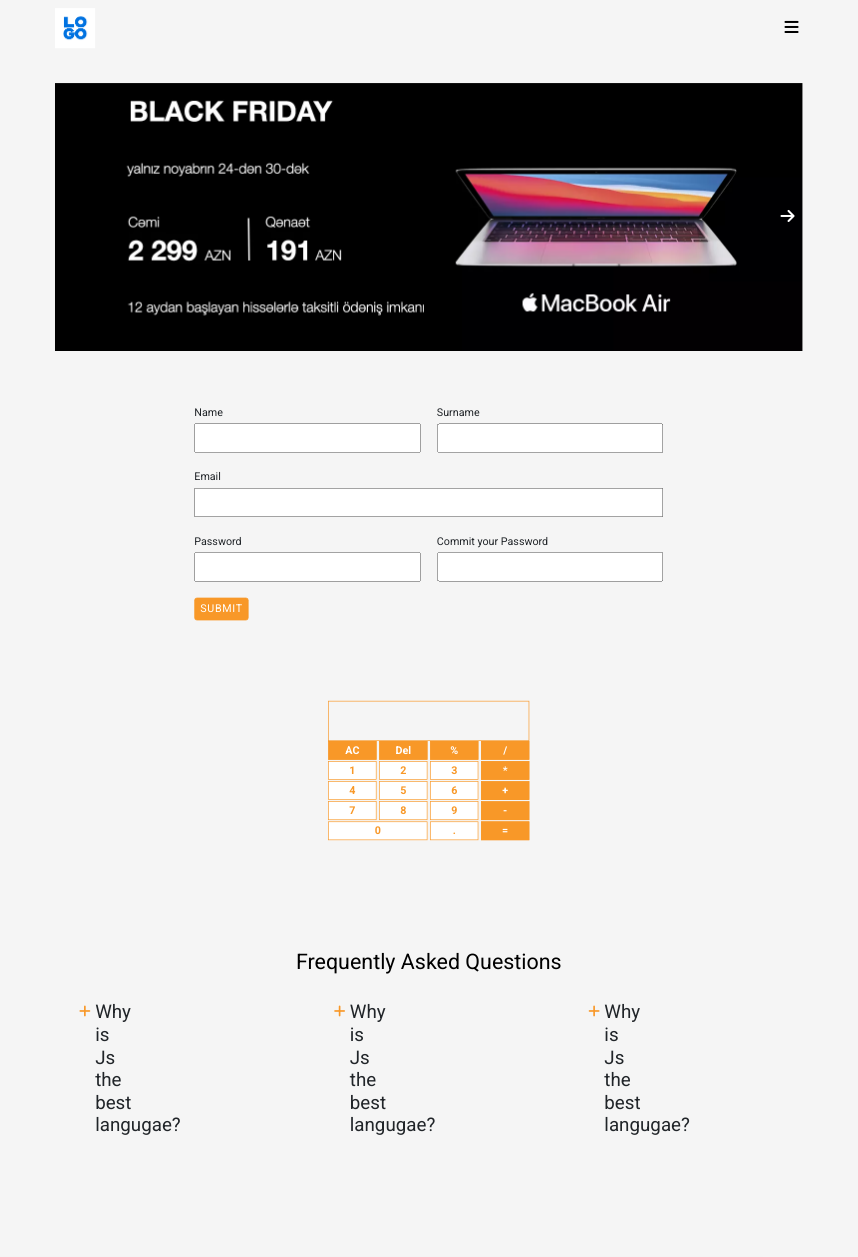
Repository: RamalYusifov7/Custom-components--Core-JavaScript
Page: index.html
The author's editor kept a copy of each file at every save. The page is drawn from the files as they stood at one save, then again after the next save.
The browser window is 1280 px wide. The pictures show the whole page, at 67% of full size.

Above is the page before, as saved 2023-01-09 12:10:28.

### index.html
<!DOCTYPE html>
<html lang="en">

<head>
  <meta charset="UTF-8" />
  <meta http-equiv="X-UA-Compatible" content="IE=edge" />
  <meta name="viewport" content="width=device-width, initial-scale=1.0" />
  <title>Document</title>
  <link rel="stylesheet" href="https://cdnjs.cloudflare.com/ajax/libs/font-awesome/6.2.1/css/all.min.css"
    integrity="sha512-MV7K8+y+gLIBoVD59lQIYicR65iaqukzvf/nwasF0nqhPay5w/9lJmVM2hMDcnK1OnMGCdVK+iQrJ7lzPJQd1w=="
    crossorigin="anonymous" referrerpolicy="no-referrer" />
  <link href="https://cdn.jsdelivr.net/npm/bootstrap@5.2.2/dist/css/bootstrap.min.css" rel="stylesheet"
    integrity="sha384-Zenh87qX5JnK2Jl0vWa8Ck2rdkQ2Bzep5IDxbcnCeuOxjzrPF/et3URy9Bv1WTRi" crossorigin="anonymous">
</head>
<link rel="stylesheet" href="css/style.css" />
<link rel="stylesheet" href="css/responsive.css" />
</head>

<body>
  <!-- preloader -->
  <div class="preloader">
    <img src="img/Bounce-Bar-Preloader-1.gif" alt="" width="100%">
  </div>
  <!-- Custom Mneu -->
  <header class="main-header">
    <div class="container">
      <div class="logo">
        <a href="#">
          <img src="img/logo-social.png" alt="" />
        </a>
      </div>
      <nav class="navbar">
        <button type="button" class="button-unstyled" id="menu-btn">
          <span class="menu-icon">
            <i class="fa-solid fa-bars"></i>
          </span>
        </button>
        <div class="sidebar-wrapper">
          <div class="sidebar">
            <div class="sidebar-header">
              <h3 class="sidebar-title">Menu</h3>
              <button type="button" class="close-btn button-unstyled" id="sidebar-close-btn">
                <span class="close-icon">
                  <i class="fa-solid fa-xmark"></i>
                </span>
              </button>
            </div>
            <ul class="sidebar-list">
              <li><a href="#">Home</a></li>
              <li><a href="#">Services</a></li>
              <li><a href="#">Blog</a></li>
              <li><a href="#">Conact</a></li>
            </ul>
          </div>
        </div>
      </nav>
    </div>
  </header>
  <!-- Custom Slider -->
  <section class="page-banner">
    <div class="container">
      <div class="banner-container position-relative">
        <div class="banner-img">
          <a href=""><img src="img/adver-1.png" alt=""></a>
        </div>
        <div class="banner-img">
          <a href=""><img src="img/adver-2.png" alt=""></a>
        </div>
        <div class="banner-img">
          <a href=""><img src="img/adver-2.png" alt=""></a>
        </div>
        <div class="banner-img">
          <a href=""><img src="img/adver-3.png" alt=""></a>
        </div>
        <div class="banner-slider-btns ">
          <button type="button" class="button-unstyled prev-btn" id="banner-prev-btn">
            <span class="prev-icon">
              <i class="fa-solid fa-arrow-left"></i>
            </span>
          </button>
          <button type="button" class="button-unstyled next-btn" id="banner-next-btn">
            <span class="next-icon">
              <i class="fa-solid fa-arrow-right"></i>
            </span>
          </button>
        </div>
      </div>
    </div>
  </section>
  <!-- Custom validation -->
  <section class="validation-section">
    <div class="validation-container">
      <form action="" name="contactForm">
        <div class="row">
          <div class="col-6">
            <div class="contact-form-item">
              <label for="name">Name</label>
              <input type="text" name="name" id="name" class="simple-input">
              <div class="error-message">
                Error, fill the input
              </div>
              <div class="success-message">
                Correct !
              </div>
            </div>
          </div>
          <div class="col-6">
            <div class="contact-form-item">
              <label for="surname">Surname</label>
              <input type="text" name="surname" id="surname" class="simple-input">
              <div class="error-message">
                Error, fill the input
              </div>
              <div class="success-message">
                Correct !
              </div>
            </div>
          </div>
          <div class="col-12">
            <div class="contact-form-item">
              <label for="email">Email</label>
              <input type="text" name="email" id="email">
              <div class="error-message">
                Enter a valid email
              </div>
              <div class="success-message">
                Correct !
              </div>
            </div>
          </div>
          <div class="col-6">
            <div class="contact-form-item">
              <label for="password">Password</label>
              <input type="password" name="password" id="password">
              <div class="password-error-message">
                Password must contain at least 8 characters
              </div>
              <div class="success-message">
                Correct !
              </div>
            </div>
          </div>
          <div class="col-6">
            <div class="contact-form-item">
              <label for="commit-password">Commit your Password</label>
              <input type="password" name="commitPassword" id="commit-password">
              <div class="commit-password-error-message">
                Password doesn"t match
              </div>
              <div class="success-message">
                Correct !
              </div>
            </div>
          </div>
        </div>
        <button type="submit" class="submit-btn">Submit</button>
      </form>
    </div>
  </section>
  <!-- Calculator -->
  <section class="calculator-section">
    <div class="container">
      <div class="calculator-container">
        <div class="calculation-result">

        </div>
        <div class="calculation-btns">
          <div class="row">
            <div class="col-3">
              <button type="button" class="operation-btn" id="calc-delete-all-btn"">AC</button>
            </div>
            <div class=" col-3">
                <button type="button " class="operation-btn" id="calc-delete-btn">Del</button>
            </div>
            <div class="col-3">
              <button type="button" id="findPercentage">%</button>
            </div>
            <div class="col-3">
              <button type="button">/</button>
            </div>
            <div class="col-3">
              <button type="button" class="number-btn">1</button>
            </div>
            <div class="col-3">
              <button type="button" class="number-btn">2 </button>
            </div>
            <div class="col-3">
              <button type="button" class="number-btn">3</button>
            </div>
            <div class="col-3">
              <button type="button" >*</button>
            </div>
            <div class="col-3">
              <button type="button"  class="number-btn">4</button>
            </div>
            <div class="col-3">
              <button type="button" class="number-btn">5</button>
            </div>
            <div class="col-3">
              <button type="button" class="number-btn">6</button>
            </div>
            <div class="col-3">
              <button type="button ">+</button>
            </div>
            <div class="col-3">
              <button type="button" class="number-btn">7</button>
            </div>
            <div class="col-3">
              <button type="button" class="number-btn">8</button>
            </div>
            <div class="col-3">
              <button type="button" class="number-btn">9</button>
            </div>
            <div class="col-3">
              <button type="button">-</button>
            </div>
            <div class="col-6">
              <button type="button" class="number-btn">0</button>
            </div>
            <div class="col-3">
              <button type="button" class="number-btn">.</button>
            </div>
            <div class="col-3">
              <button type="button" id="equal-btn" class="equality-btn">=</button>
            </div>
          </div>
        </div>
      </div>
    </div>
  </section>
  <!-- Accordion -->
  <section class="faq-section">
    <h2 class="section-title">
      Frequently Asked Questions
    </h2>
    <div class="container">
      <div class="row">
        <div class="col-12 col-sm-6 col-lg-4">
          <div class="single-accordion">
            <div class="accordion">
              <div class="accordion-left">
                <button class="accordion-btn" >
                   <span class="plus-icon"><i class="fa-solid fa-plus"></i></span>
                   <span class="minus-icon"><i class="fa-solid fa-minus"></i></span>
                </button>
              </div>
              <div class="accordion-right">
                <h3 class="accordion-header">Why is Js the best langugae?</h3>
                <div class="accordion-content">
                  Lorem ipsum dolor sit amet consectetur adipisicing elit. Nulla, ad
                  nesciunt? Cumque odio quas eos quibusdam, ipsam at temporibus
                  molestiae deleniti id esse. Illo doloribus quis accusantium sit
                  recusandae animi.
                </div>
              </div>
            </div>
          </div>
        </div>
        <div class="col-12 col-sm-6 col-lg-4">
          <div class="single-accordion">
            <div class="accordion">
              <div class="accordion-left">
                <button class="accordion-btn" >
                   <span class="plus-icon"><i class="fa-solid fa-plus"></i></span>
                   <span class="minus-icon"><i class="fa-solid fa-minus"></i></span>
                </button>
              </div>
              <div class="accordion-right">
                <h3 class="accordion-header">Why is Js the best langugae?</h3>
                <div class="accordion-content">
                  Lorem ipsum dolor sit amet consectetur adipisicing elit. Nulla, ad
                  nesciunt? Cumque odio quas eos quibusdam, ipsam at temporibus
                  molestiae deleniti id esse. Illo doloribus quis accusantium sit
                  recusandae animi.
                </div>
              </div>
            </div>
          </div>
        </div>
        <div class="col-12 col-sm-6 col-lg-4">
          <div class="single-accordion">
            <div class="accordion">
              <div class="accordion-left">
                <button class="accordion-btn" >
                   <span class="plus-icon"><i class="fa-solid fa-plus"></i></span>
                   <span class="minus-icon"><i class="fa-solid fa-minus"></i></span>
                </button>
              </div>
              <div class="accordion-right">
                <h3 class="accordion-header">Why is Js the best langugae?</h3>
                <div class="accordion-content">
                  Lorem ipsum dolor sit amet consectetur adipisicing elit. Nulla, ad
                  nesciunt? Cumque odio quas eos quibusdam, ipsam at temporibus
                  molestiae deleniti id esse. Illo doloribus quis accusantium sit
                  recusandae animi.
                </div>
              </div>
            </div>
          </div>
        </div>
      </div>
    </div>
  </section>
  <script src="js/script.js"></script>
</body>

</html>

### css/style.css
@import url("https://fonts.googleapis.com/css2?family=Roboto:wght@400;700&display=swap");
* {
  font-family: "Roboto", sans-serif;
  box-sizing: border-box;
}
:root {
  --primary: #f89828;
  --transition: 0.4s ease all;
}
body {
  margin: 0;
  background-color: #f5f5f5;
}
/* Preloader                 */
.preloader {
  position: fixed;
  top: 0;
  bottom: 0;
  left: 0;
  right: 0;
  display: flex;
  align-items: center;
  justify-content: center;
  visibility: visible;
  z-index: 9999999;
}
.preloader.hide {
  visibility: hidden;
  z-index: -999999;
}
/*         MENU                   */
.logo {
  width: 60px;
  height: 60px;
}
.logo img {
  width: 100%;
  height: 100%;
  object-fit: cover;
}
.main-header {
  padding: 12px 0;
}
.main-header > .container {
  display: flex;
  align-items: center;
  justify-content: space-between;
}
.sidebar {
  position: fixed;
  left: 0;
  top: 0;
  bottom: 0;
  width: 300px;
  height: 100%;
  background-color: #1e212c;
  padding: 23px 16px;
  transform: translateX(-100%);
  z-index: 9999;
  transition: var(--transition);
}
.sidebar.show {
  transform: translateX(0);
}
.sidebar-list {
  margin: 0;
  padding: 0;
  list-style-type: none;
}
.sidebar-list li a {
  color: white;
  text-decoration: none;
  font-size: 20px;
  transition: var(--transition);
}
.sidebar-list li {
  margin-bottom: 12px;
}
.sidebar-list li a:hover {
  color: var(--primary);
}
.sidebar-title {
  color: white;
  font-size: 32px;
  margin: 0;
}
.button-unstyled {
  background-color: transparent;
  border: none;
}
.close-icon i {
  color: white;
  font-size: 24px;
}
.menu-icon i {
  font-size: 24px;
}
.sidebar-header {
  display: flex;
  align-items: center;
  justify-content: space-between;
  margin-bottom: 32px;
}
.sidebar-wrapper.active {
  width: 100%;
  height: 100%;
  background: rgba(0, 0, 0, 0.525);
  position: fixed;
  top: 0;
  left: 0;
  z-index: 99999;
}
/* Home banner */
.page-banner {
  padding-top: 40px;
  padding-bottom: 80px;
}
.banner-img {
  height: 400px;
  overflow: hidden;
}
.banner-img img {
  width: 100%;
  height: 100%;
  object-fit: cover;
  object-position: center;
}
.banner-slider-btns button {
  color: white;
  display: flex;
  align-items: center;
  height: 100%;
  position: absolute;
  top: 0;
  font-size: 24px;
}
.banner-slider-btns .prev-btn {
  display: none;
  left: 6px;
}
.banner-slider-btns .next-btn {
  right: 6px;
}
.banner-container {
  min-height: 400px;
  overflow: hidden;
}
.banner-img {
  position: absolute;
  width: 100%;
  transition: 0.5s ease-in-out all;
}

/*                          validation                       */

.validation-container {
  max-width: 700px;
  margin: auto;
}
.contact-form-item input {
  width: 100%;
  height: 44px;
  outline: none;
  padding-left: 8px;
  margin-top: 4px;
}
.contact-form-item {
  margin-bottom: 24px;
}
.error-message,
.password-error-message,
.commit-password-error-message {
  font-size: 12px;
  color: red;
  margin-top: 4px;
  display: none;
}
.success-message {
  font-size: 12px;
  color: green;
  margin-top: 4px;
  display: none;
}
.contact-form-item.error .error-message {
  display: block;
}
.contact-form-item.success .success-message {
  display: block;
}
.submit-btn {
  background-color: var(--primary);
  color: white;
  border-radius: 4px;
  border: 1px solid var(--primary);
  min-width: 80px;
  padding: 4px 8px;
  text-transform: uppercase;
  letter-spacing: 1px;
  transition: var(--transition);
}
.submit-btn:hover {
  background-color: white;
  color: var(--primary);
}
/* Calculator */
.calculator-section {
  padding-top: 120px;
  padding-bottom: 80px;
}
.calculator-container {
  max-width: 300px;
  margin: auto;
}
.calculation-btns button {
  border: 1px solid var(--primary);
  width: 100%;
  margin-bottom: 2px;
  background-color: white;
  color: var(--primary);
  font-weight: 700;
  transition: var(--transition);
}
.calculation-btns button:not(.number-btn) {
  background-color: var(--primary);
  color: white;
}

.calculation-btns button:hover {
  background-color: white;
  color: var(--primary);
}
.calculation-btns .row > * {
  padding: 0 2px;
}
.calculation-btns .row {
  margin-left: -2px;
  margin-right: -2px;
}
.calculation-result {
  border: 1px solid var(--primary);
  height: 60px;
  padding: 4px 6px;
  display: flex;
  align-items: flex-end;
  justify-content: flex-end;
  color: var(--primary);
  font-size: 24px;
  font-weight: 600;
}

/* Accordion */
.faq-section {
  padding: 80px 0 180px;
}
.single-accordion {
  width: calc(100% / 3);
  padding: 0 15px;
}
.accordion {
  display: flex;
}
.accordion-left {
  width: 10%;
  padding: 0 15px;
}
.accordion-right {
  width: 90%;
  padding: 0 15px;
}
h3 {
  margin: 0;
}
.accordion-content {
  display: none;
}
.collapsed .accordion-content {
  display: block;
}
.minus-icon {
  display: none;
}
.collapsed .plus-icon {
  display: none;
}
.collapsed .minus-icon {
  display: block;
}
.accordion-btn {
  background: transparent;
  border: none;
  color: var(--primary);
  font-size: 20px;
}
.section-title {
  text-align: center;
  margin-bottom: 40px;
  color: black;
}

### css/responsive.css
@media (min-width: 1499px) {
  .prev-btn {
    left: 30px;
  }
  .next-btn {
    right: 30px;
  }
}

### js/script.js
// preloader
const preloader = document.querySelector(".preloader");
window.onload = function () {
  preloader.classList.add("hide");
};

// Menu      //////////
let menuBtn = document.getElementById("menu-btn");
let sidebarCloseBtn = document.getElementById("sidebar-close-btn");
let sideBar = document.querySelector(".sidebar");
let sidebarWrapper = document.querySelector(".sidebar-wrapper");
menuBtn.onclick = function () {
  sideBar.classList.add("show");
  sidebarWrapper.classList.add("active");
};
function hideSidebar() {
  sideBar.classList.remove("show");
  sidebarWrapper.classList.remove("active");
}
sidebarCloseBtn.onclick = function (e) {
  hideSidebar();
};
sidebarWrapper.onclick = function () {
  hideSidebar();
};
sideBar.onclick = function (e) {
  e.stopPropagation();
};

// Slider         //////////
const bannerImgs = document.querySelectorAll(".banner-img");
const bannerPrevBtn = document.getElementById("banner-prev-btn");
const bannerNextBtn = document.getElementById("banner-next-btn");
bannerImgs.forEach((item, index) => {
  item.style.left = `${index * 100}%`;
});
let slideCounter = 0;
function slideNext() {
  slideCounter++;
  slideMove();
}
bannerNextBtn.onclick = function () {
  slideNext();
};
bannerPrevBtn.onclick = function () {
  slideCounter--;
  slideMove();
};
function slideMove() {
  if (slideCounter == bannerImgs.length) {
    slideCounter = 0;
  }
  if (slideCounter < 0) {
    slideCounter = bannerImgs.length - 1;
  }

  // hiding prevbtn
  if (slideCounter == 0) {
    bannerPrevBtn.style.display = "none";
  } else {
    bannerPrevBtn.style.display = "block";
  }
  //  hiding nextbtn
  if (slideCounter == bannerImgs.length - 1) {
    bannerNextBtn.style.display = "none";
  } else {
    bannerNextBtn.style.display = "block";
  }

  bannerImgs.forEach((bannerImg) => {
    bannerImg.style.transform = `translateX(-${slideCounter * 100}%)`;
  });
}
window.setInterval(slideNext, 10000);


// Validation              ///////////////
let contactForm = document.forms.contactForm;
let simpleInputs = document.querySelectorAll(
  ".contact-form-item input.simple-input"
);
let commitPassword = contactForm.commitPassword;
let password = contactForm.password;
let email = contactForm.email;
let passwordError = document.querySelector(".password-error-message");
let commitPasswordError = document.querySelector(
  ".commit-password-error-message"
);
function successFunc(element) {
  element.parentElement.classList.remove("error");
  element.parentElement.classList.add("success");
  element.style.border = "1px solid green";
}
function errorFunc(element) {
  element.parentElement.classList.remove("success");
  element.parentElement.classList.add("error");
  element.style.border = "1px solid red";
}
contactForm.onsubmit = function (e) {
  // for simple inputs :  name, surname etc
  for (let i = 0; i < simpleInputs.length; i++) {
    if (simpleInputs[i].value == "") {
      errorFunc(simpleInputs[i]);
    } else {
      successFunc(simpleInputs[i]);
    }
  }

  // checking if commit password"s value is eqaul to passoword"s value
  if (commitPassword.value !== password.value || commitPassword.value == "") {
    commitPasswordError.style.display = "block";
    errorFunc(commitPassword);
  } else {
    commitPasswordError.style.display = "none";
    successFunc(commitPassword);
  }

  // checking if password"s value contains at least 8 characters
  if (password.value.length < 8) {
    passwordError.style.display = "block";
    errorFunc(password);
  } else {
    passwordError.style.display = "none";
    successFunc(password);
  }

  // checking if the value is a valid email
  if (
    !email.value.match(
      /^(([^<>()[\]\\.,;:\s@"]+(\.[^<>()[\]\\.,;:\s@"]+)*)|(".+"))@((\[[0-9]{1,3}\.[0-9]{1,3}\.[0-9]{1,3}\.[0-9]{1,3}\])|(([a-zA-Z\-0-9]+\.)+[a-zA-Z]{2,}))$/
    )
  ) {
    errorFunc(email);
  } else successFunc(email);
  e.preventDefault();
};

// Calcualtor
let calcResult = document.querySelector(".calculation-result");
let calcBtns = document.querySelectorAll(
  ".calculation-btns button:not(.operation-btn"
);
let equalBtn = document.getElementById("equal-btn");
console.log(calcBtns);
let calcDeleteAllBtn = document.getElementById("calc-delete-all-btn");
let calcDeleteBtn = document.getElementById("calc-delete-btn");
calcBtns.forEach((btn) => {
  btn.onclick = function () {
    calcResult.innerText += this.innerText;
  };
});
equalBtn.onclick = function () {
  try {
    calcResult.innerText = eval(calcResult.innerText);
  } catch {
    calcResult.innerText = "";
  }
};
calcDeleteAllBtn.onclick = function () {
  calcResult.innerText = "";
};
calcDeleteBtn.onclick = function () {
  calcResult.innerText = calcResult.innerText.slice(0, -1);
};

// Accordion
const accordions = document.querySelectorAll(".accordion");
accordions.forEach((accordion) => {
  const accordionBtn = accordion.querySelector(".accordion-btn");
  accordionBtn.onclick = function () {
    accordions.forEach((item) => {
      if (item !== accordion) {
        item.classList.remove("collapsed");
      }
    });
    accordion.classList.toggle("collapsed");
  };
});

After the next save:
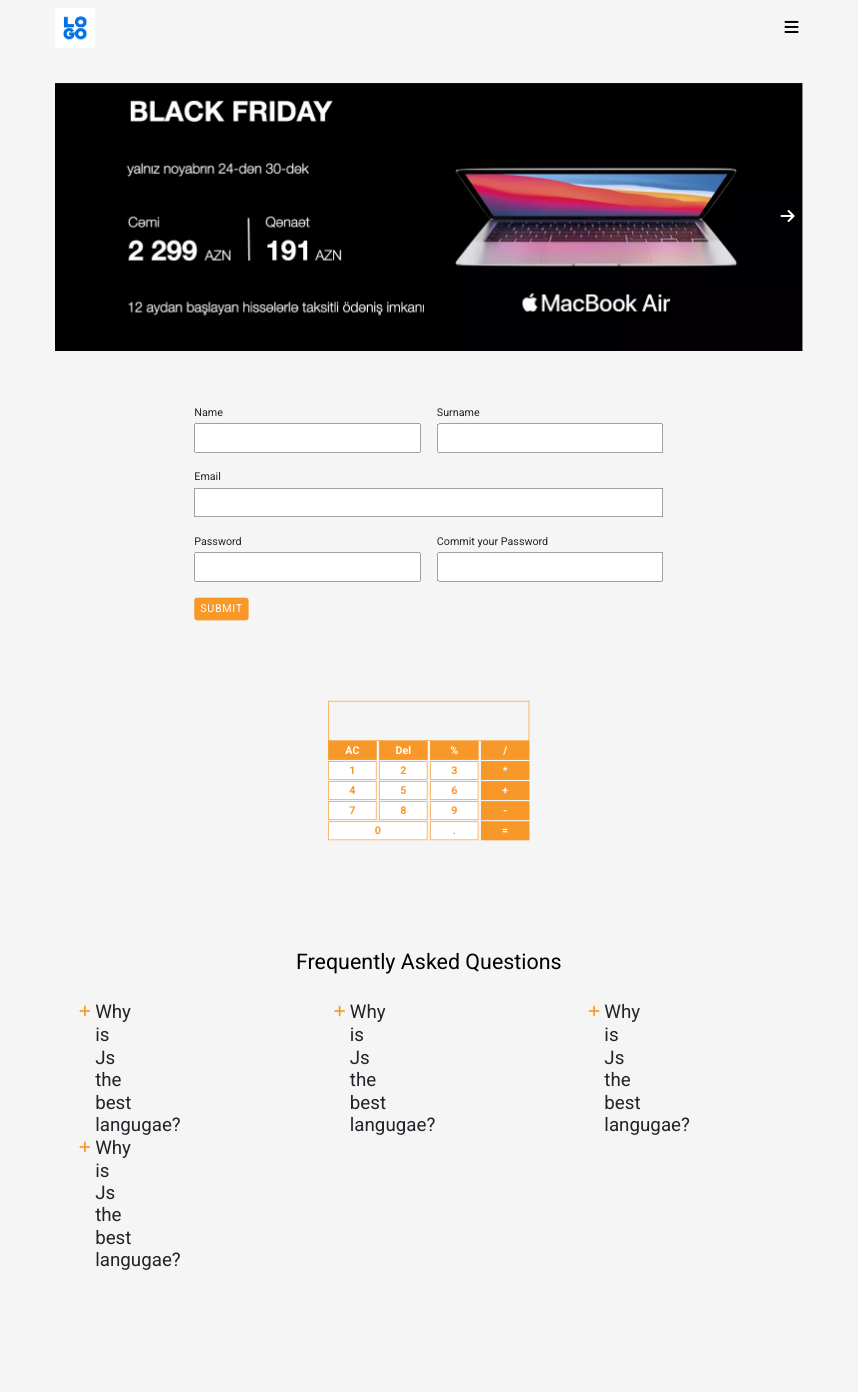
Saved 5 s later.
--- a/index.html
+++ b/index.html
@@ -298,6 +298,27 @@
             </div>
           </div>
         </div>
+        <div class="col-12 col-sm-6 col-lg-4">
+          <div class="single-accordion">
+            <div class="accordion">
+              <div class="accordion-left">
+                <button class="accordion-btn" >
+                   <span class="plus-icon"><i class="fa-solid fa-plus"></i></span>
+                   <span class="minus-icon"><i class="fa-solid fa-minus"></i></span>
+                </button>
+              </div>
+              <div class="accordion-right">
+                <h3 class="accordion-header">Why is Js the best langugae?</h3>
+                <div class="accordion-content">
+                  Lorem ipsum dolor sit amet consectetur adipisicing elit. Nulla, ad
+                  nesciunt? Cumque odio quas eos quibusdam, ipsam at temporibus
+                  molestiae deleniti id esse. Illo doloribus quis accusantium sit
+                  recusandae animi.
+                </div>
+              </div>
+            </div>
+          </div>
+        </div>
       </div>
     </div>
   </section>
